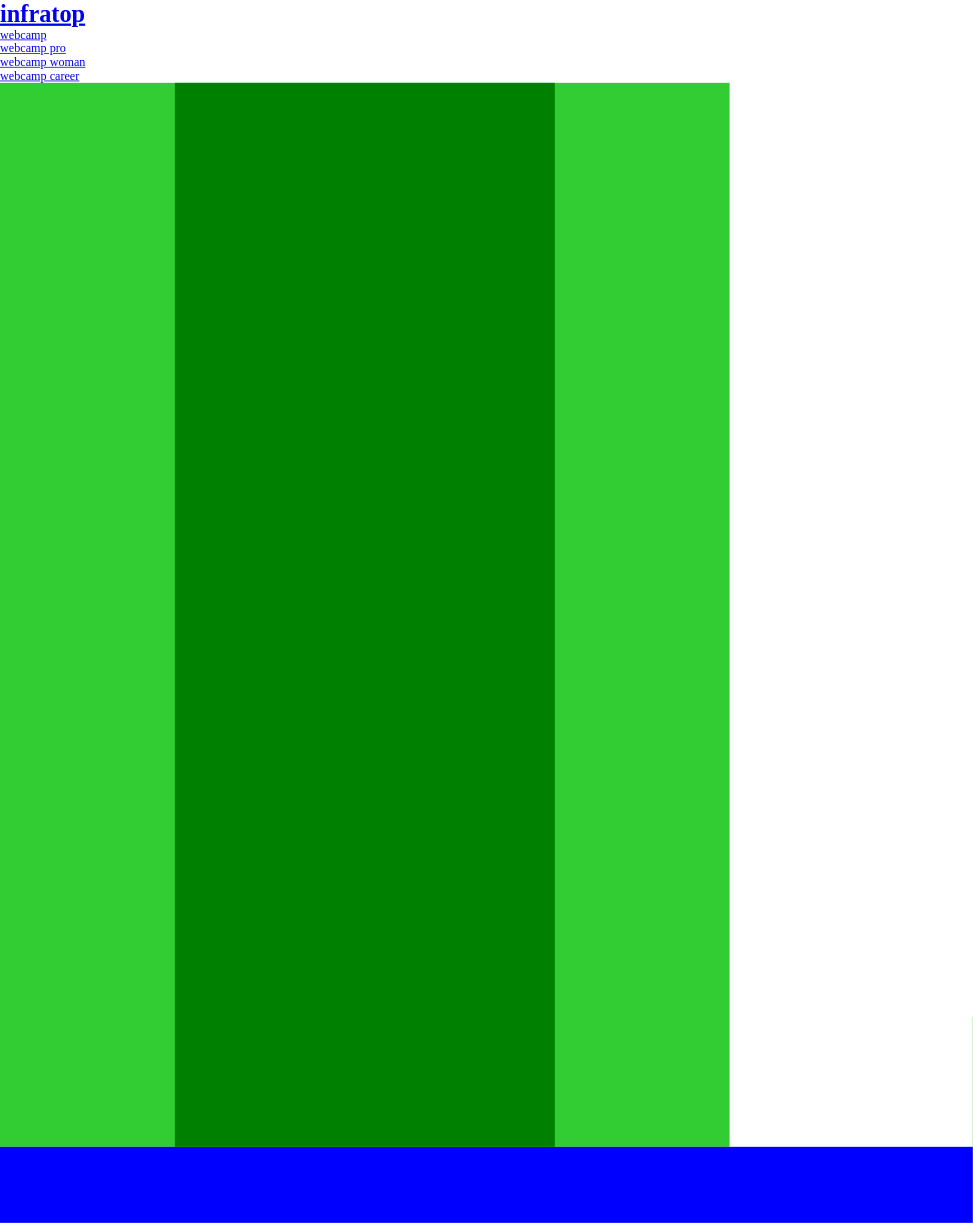
Repository: achoko3/Practice-problem
Page: chapter4/chapter4.html
The author's editor kept a record of every edit. The page is drawn from the files as they stood at one moment, then again after the next edit.
The browser window is 1280 px wide. The pictures show the whole page, at 76% of full size.

Above is the page before.

### chapter4/chapter4.html
<!DOCTYPE html>
<html lang="ja">
  <head>
    <meta charset="UTF-8" />
    <!-- CSSファイルの読み込み -->
    <link rel="stylesheet" href="chapter4.css" />
    <title>chapter4</title>
  </head>

  <body>
    <header>
      <h1><a href="http://infratop.jp/">infratop</a></h1>
    </header>
    <nav>
      <ul class="nav-list">
        <li class="nav-list-item">
         <a href="http://web-camp.io/" >webcamp</a>
        </li>
        <li class="nav-list-item">
          <a href="http://web-camp.io/pro/" >webcamp pro</a>
        </li>
        <li class="nav-list-item">
          <a href="http://web-camp.io/woman/" >webcamp woman</a>
        </li>
        <li class="nav-list-item">
          <a href="http://web-camp.io/career/" >webcamp career</a>
        </li>
      </ul>
    </nav>
    <!-- box1用のdiv -->

    <div class="main">
      <div class="center"></div>
    </div>
    <div class="footer"></div>

  </body>
</html>

### chapter4/chapter4.css
/* ブラウザがそれぞれ持っているCSSをリセットするための記述 */
* {
  margin: 0;
  padding: 0;
  box-sizing: border-box;
}

.header{
  width:100%;
  height:50px;
  background-color:red;
}

.main-visual{
  width:100%;
  height:500px;
  background-color:orange;
}

.main{
  width:960px;
  height:1400px;
  background-color:limegreen;
  display:flex;
  justify-content:center;
}

.center{
  width:500px;
  height:1400px;
  background-color:green;
}

.footer{
  width:100%;
  height:100px;
  background-color:blue;
}

After the next edit:
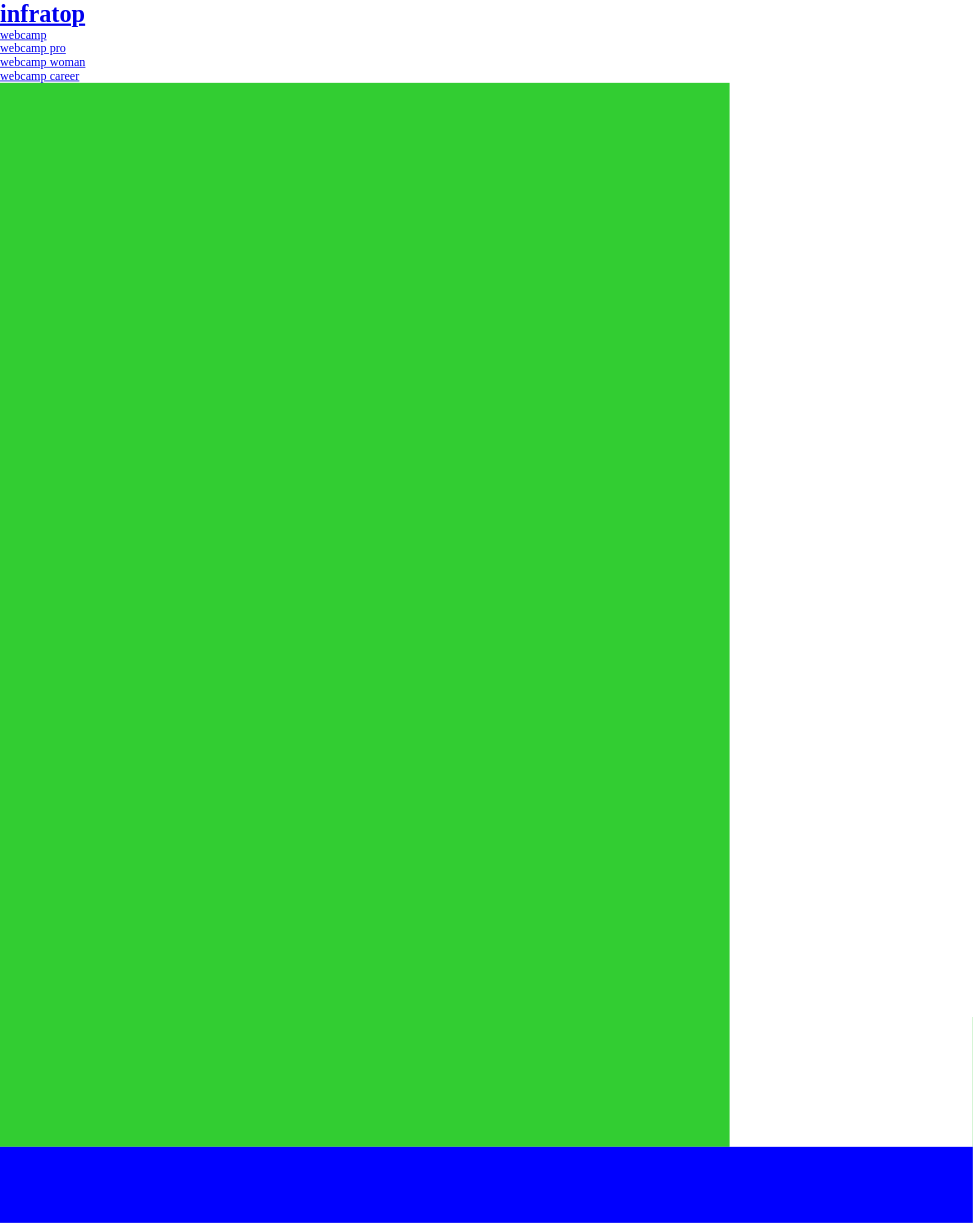
The edit:
--- a/chapter4/chapter4.html
+++ b/chapter4/chapter4.html
@@ -30,7 +30,18 @@
     <!-- box1用のdiv -->
 
     <div class="main">
-      <div class="center"></div>
+      <div class="box1"></div>
+      <div class="box2"></div>
+      <div class="box3"></div>
+      <div class="box4"></div>
+      <div class="box5"></div>
+      <div class="box6"></div>
+      <div class="box7"></div>
+      <div class="box8"></div>
+      <div class="box9"></div>
+      <div class="box10"></div>
+      <div class="box11"></div>
+      <div class="box12"></div>
     </div>
     <div class="footer"></div>
 
